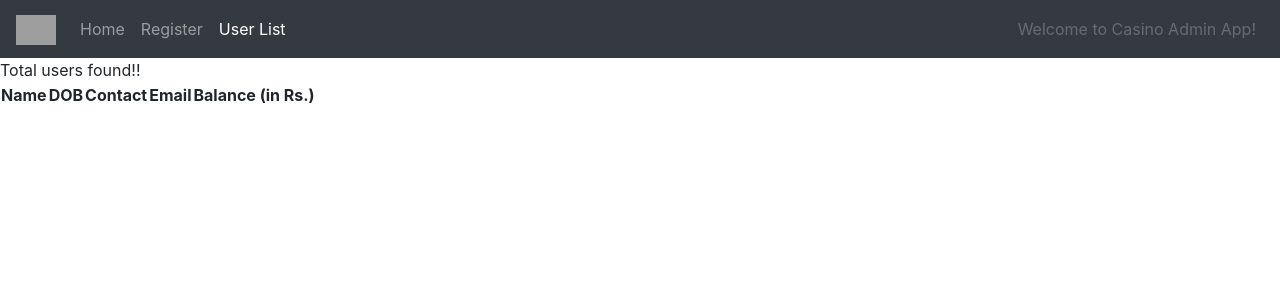
Repository: piyushrulesyou/CasinoGameApplication
Page: http://localhost/adminPanel/UsersList.jsp
An editor plug-in stored every save of this project. The page is shown before and after the next save, followed by the edit.
The browser window is 1280 px wide. The pictures show the whole page.
Pictures or frames that could not be fetched are drawn as grey boxes. The page is served by Tomcat 9. Nobody is signed in. The application's start-up code is not run. Other server files are loaded and not shown.

Above is the page before, as saved 2019-10-31 17:56:40.

### AdminPanel/adminPanel/src/main/webapp/UsersList.jsp
<%@ taglib uri="http://java.sun.com/jsp/jstl/core" prefix="c"%>

<%@ page language="java" contentType="text/html; charset=ISO-8859-1"
	pageEncoding="ISO-8859-1" isELIgnored="false"%>

<!DOCTYPE html>
<html>
<head>
<title>UsersList</title>
<meta charset="utf-8">

<meta name="viewport" content="width=device-width, initial-scale=1">


<link rel="stylesheet"
	href="https://maxcdn.bootstrapcdn.com/bootstrap/4.3.1/css/bootstrap.min.css">
<script
	src="https://ajax.googleapis.com/ajax/libs/jquery/3.4.1/jquery.min.js"></script>
<script
	src="https://cdnjs.cloudflare.com/ajax/libs/popper.js/1.14.7/umd/popper.min.js"></script>
<script
	src="https://maxcdn.bootstrapcdn.com/bootstrap/4.3.1/js/bootstrap.min.js"></script>
</head>
<body>

	<nav class="navbar navbar-expand-sm bg-dark navbar-dark">
		<!-- 	<nav class="navbar navbar-expand-sm navbar-light bg-faded"> -->
		<a class="navbar-brand" href="index.jsp"> <img
			src="https://www.slotnite.com/images/sliders/livecasino/casino1.png"
			alt="logo" style="width: 40px;">
		</a>

		<!-- Links -->
		<ul class="navbar-nav mr-auto">
			<li class="nav-item"><a class="nav-link" href="index.jsp">Home</a></li>
			<li class="nav-item"><a class="nav-link" href="RegisterUser.jsp">Register</a></li>
			<li class="nav-item"><a class="nav-link active" href="">User
					List</a></li>
		</ul>
		<ul class="navbar-nav">
			<li class="nav-item"><span class="nav-link disabled">Welcome
					to Casino Admin App!</span></li>
		</ul>
	</nav>

	Total ${listOfUsers.size()} users found!!

	<table class="w3-table-all w3-centered">
		<tr>
			<th>Name</th>
			<th>DOB</th>
			<th>Contact</th>
			<th>Email</th>
			<th>Balance (in Rs.)</th>
			<!-- 			<th>Actions</th> -->
		</tr>

		<c:forEach items="${listOfUsers}" var="eachUser">

			<tr>
				<td>${eachUser.customerName}</td>
				<td>${eachUser.dateOfBirth}</td>
				<td>${eachUser.contactNumber}</td>
				<td>${eachUser.emailID}</td>
				<td>${eachUser.accountBalance}</td>

				<!-- 				<td><a -->
				<%-- 					href="edit?employeeCode=${item.employeeCode}&hrName=${hrName}"><button --%>
				<!-- 							class="buttonEdit">Edit</button></a> <a -->
				<%-- 					href="delete?employeeName=${item.employeeName}&employeeCode=${item.employeeCode}&hrName=${hrName}"><button --%>
				<!-- 							class="buttonDelete">Delete</button></a></td> -->

			</tr>
		</c:forEach>
	</table>


	<%-- 	<c:forEach var="i" begin="1" end="3"> --%>

	<%-- 	${listOfUsers.get(i).getCustomerName()} --%>

	<%-- 	</c:forEach> --%>



</body>
</html>

After the next save:
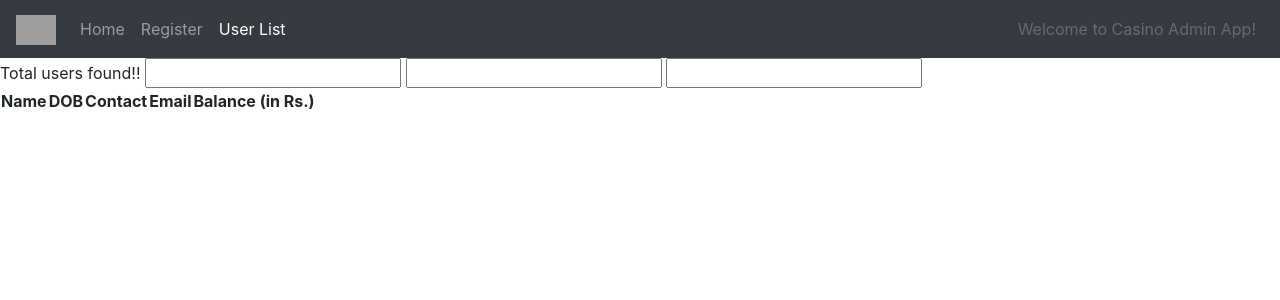
Saved 51 s later.
--- a/AdminPanel/adminPanel/src/main/webapp/UsersList.jsp
+++ b/AdminPanel/adminPanel/src/main/webapp/UsersList.jsp
@@ -45,6 +45,12 @@
 
 	Total ${listOfUsers.size()} users found!!
 
+	<input type="text" id="filterName" name="filterName">
+	<input type="text" id="filterContact" name="filterContact">
+	<input type="text" id="filterEmail" name="filterEmail">
+
+
+
 	<table class="w3-table-all w3-centered">
 		<tr>
 			<th>Name</th>
